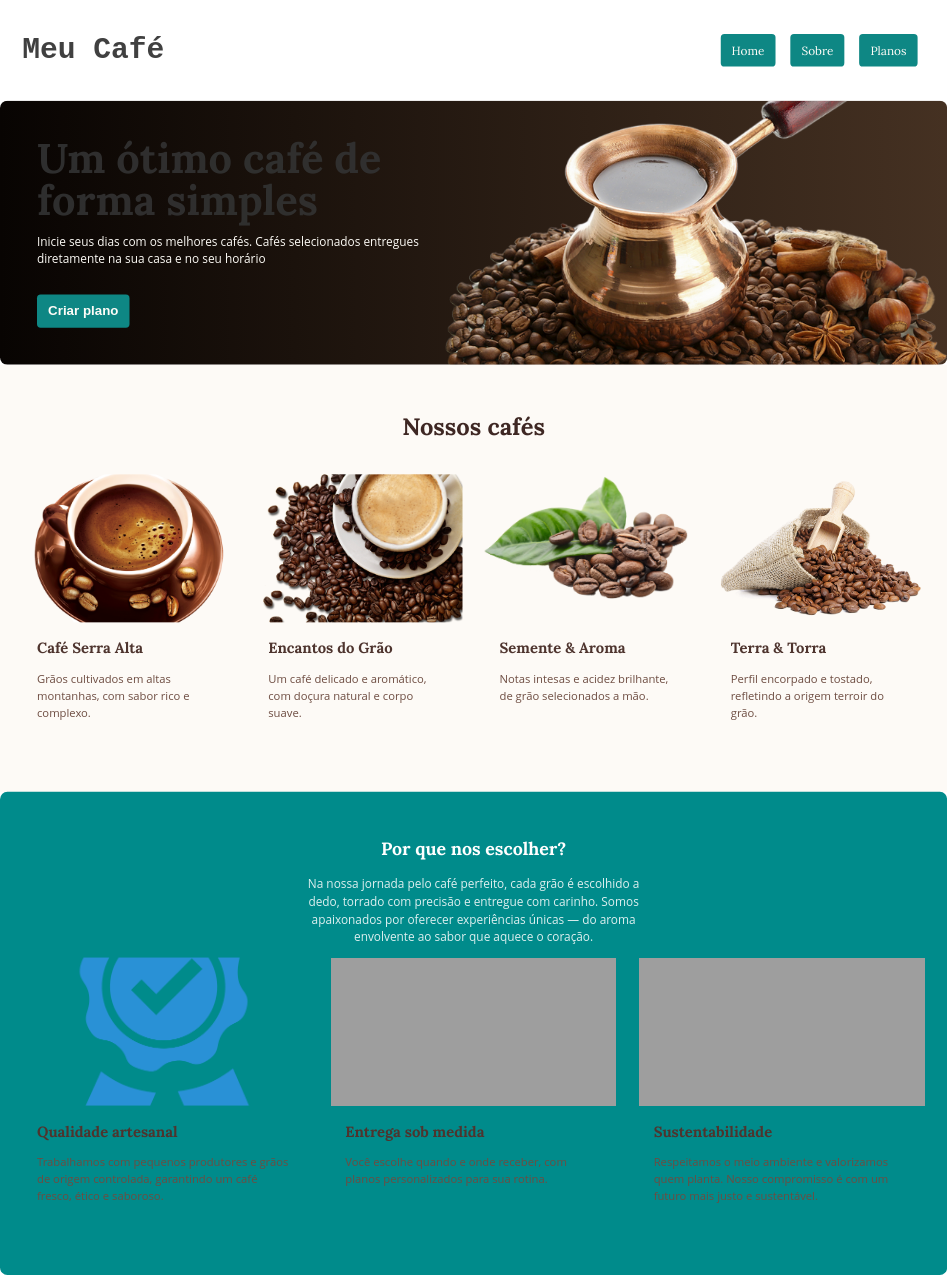
Repository: meiotera/meu_cafe.dev
Page: /
An editor plug-in stored every save of this project. The page is shown before and after the next save, followed by the edit.
The browser window is 1280 px wide. The pictures show the whole page, at 74% of full size.
Pictures or frames that could not be fetched are drawn as grey boxes. The project was rebuilt for these pictures with package versions that can differ from the ones it lists, and the page was loaded fresh each time. Also part of the build but not shown: vite.config.js, src/Pages/AboutUs.jsx, src/Pages/YourPlane.jsx.

Above is the page before, as saved 2025-04-03 15:03:39.

### src/index.css
@import url('https://fonts.googleapis.com/css2?family=Lora:wght@400;700&display=swap');

:root {
  font-family: 'Lora', sans-serif;
  line-height: 1.5;
  font-weight: 400;
  box-sizing: border-box; /* Mantido */

  color: rgba(255, 255, 255, 0.87);

  font-synthesis: none;
  text-rendering: optimizeLegibility;
  -webkit-font-smoothing: antialiased;
  -moz-osx-font-smoothing: grayscale;
}

a {
  font-weight: 500;
  color: #646cff;
  text-decoration: inherit;
}
a:hover {
  color: #535bf2;
}

h1,
h2,
h3 {
  font-family: 'Lora', sans-serif;
  color: rgba(50, 49, 49, 0.93);
  margin: 0; /* Removido o margin */
}

p {
  font-family: 'Open Sans', sans-serif;
}

body {
  max-width: 1280px;
  margin: 0 auto;
}

### src/App.jsx
import React from 'react';
import { BrowserRouter, Routes, Route } from 'react-router-dom';

import Home from './Pages/Home';
import AboutUs from './Pages/AboutUs';
import YourPlane from './Pages/YourPlane';

import Header from './components/Header/Header';
import Main from './components/Main/Main';

function App() {
  return (
    <>
      <BrowserRouter>
        <Header />

        <Main>
          <Routes>
            <Route path="/" element={<Home />} />
            <Route path="/sobre" element={<AboutUs />} />
            <Route path="planos" element={<YourPlane />} />
          </Routes>
        </Main>
      </BrowserRouter>
    </>
  );
}

export default App;

### src/Pages/Home.jsx
import React from 'react';
import Banner from '../components/Banner/Banner';

import styles from './Home.module.css';
import Card from '../components/Card/Card';

const Home = () => {
  return (
    <>
      <Banner
        titulo={'Um ótimo café de forma simples'}
        imagem={'artesanal'}
        texto={
          'Inicie seus dias com os melhores cafés. Cafés selecionados entregues diretamente na sua casa e no seu horário'
        }
        botao={'Criar plano'}
      />

      <section className={styles.collection}>
        <div className={styles.titulo}>
          <h2>Nossos cafés</h2>
        </div>

        <div className={styles.collectionCards}>
          <Card
            titulo={'Café Serra Alta'}
            paragrafo={
              'Grãos cultivados em altas montanhas, com sabor rico e complexo.'
            }
            imagem={'serraalta'}
          />

          <Card
            titulo={'Encantos do Grão'}
            paragrafo={
              'Um café delicado e aromático, com doçura natural e corpo suave.'
            }
            imagem={'encantos'}
          />

          <Card
            titulo={'Semente & Aroma'}
            paragrafo={
              'Notas intesas e acidez brilhante, de grão selecionados a mão.'
            }
            imagem={'sementeearoma'}
          />

          <Card
            titulo={'Terra & Torra'}
            paragrafo={
              ' Perfil encorpado e tostado, refletindo a origem terroir do grão.'
            }
            imagem={'terraetorra'}
          />
        </div>
      </section>

      <section className={styles.porque}>
        <div className={styles.descricao}>
          <h2>Por que nos escolher?</h2>

          <p>
            Na nossa jornada pelo café perfeito, cada grão é escolhido a dedo,
            torrado com precisão e entregue com carinho. Somos apaixonados por
            oferecer experiências únicas — do aroma envolvente ao sabor que
            aquece o coração.
          </p>
        </div>
        <div className={styles.collectionCards}>
          <Card
            titulo={'Qualidade artesanal'}
            paragrafo={
              'Trabalhamos com pequenos produtores e grãos de origem controlada, garantindo um café fresco, ético e saboroso.'
            }
            imagem={'quality'}
          />

          <Card
            titulo={'Entrega sob medida'}
            paragrafo={
              'Você escolhe quando e onde receber, com planos personalizados para sua rotina.'
            }
            imagem={'delivery'}
          />

          <Card
            titulo={'Sustentabilidade'}
            paragrafo={
              'Respeitamos o meio ambiente e valorizamos quem planta. Nosso compromisso é com um futuro mais justo e sustentável.'
            }
            imagem={'natur'}
          />
        </div>
      </section>
    </>
  );
};

export default Home;

### src/components/Header/Header.jsx
import React from 'react';

import styles from './Header.module.css';
import NavBar from '../NavBar/NavBar';
import Banner from '../Banner/Banner';

const Header = () => {
  return (
    <header className={styles.header}>
      <h1 className={styles.titulo}>Meu Café</h1>

      <NavBar />
    </header>
  );
};

export default Header;

### src/components/Main/Main.jsx
import React from 'react';

const Main = ({ children }) => {
  return <main>{children}</main>;
};

export default Main;

### src/components/Banner/Banner.jsx
import React from 'react';

import styles from './Banner.module.css';

const Banner = ({ titulo, texto, botao }) => {
  return (
    <div className={styles.banner}>
      <div className={styles.containerText}>
        <h2>{titulo}</h2>

        <p>{texto}</p>
        {botao && <button className={styles.button}>{botao}</button>}
      </div>
    </div>
  );
};

export default Banner;

### src/Pages/Home.module.css
.collection,
.porque {
  padding: 60px 30px;
  background-color: #fdfaf6;
}

.porque {
  background-color: darkcyan;
  border-radius: 10px;
}

.porque .descricao h2 {
  color: #fff;
}

.descricao {
  text-align: center;
  max-width: 450px;
  margin: 0 auto;
}

.titulo h2 {
  font-size: 2rem;
  text-align: center;
  margin-bottom: 40px;
  color: #3e2723;
}

.collectionCards {
  display: grid;
  grid-template-columns: repeat(auto-fit, minmax(200px, 1fr));
  gap: 30px;
  justify-items: center;
}

.cafeCard {
  background: #fff;
  border-radius: 16px;
  box-shadow: 0 8px 16px rgba(0, 0, 0, 0.08);
  overflow: hidden;
  max-width: 320px;
  transition: transform 0.3s ease, box-shadow 0.3s ease;
}

.cafeCard:hover {
  transform: translateY(-5px);
  box-shadow: 0 12px 24px rgba(0, 0, 0, 0.15);
}

.imgContainer {
  width: 100%;
  height: 200px;
}

.imgContainer img {
  width: 100%;
  height: 100%;
  object-fit: cover;
}

.texto {
  padding: 20px;
}

.texto h3 {
  font-size: 1.25rem;
  margin-bottom: 10px;
  color: #4e342e;
}

.texto p {
  font-size: 0.95rem;
  color: #6d4c41;
}

.cardGreen {
  background-color: darkcyan;
}

### src/components/Card/Card.jsx
import React from 'react';
import styles from './Card.module.css';
import clsx from 'clsx';

const Card = ({ titulo, paragrafo, imagem, className }) => {
  return (
    <div className={clsx(styles.card, className)}>
      <div className={styles.imgContainer}>
        <img src={`../../img/${imagem}.png`} alt={`${imagem}`} srcset="" />
      </div>
      <div className={styles.texto}>
        <h3>{titulo}</h3>
        <p>{paragrafo}</p>
      </div>
    </div>
  );
};

export default Card;

### src/components/Header/Header.module.css
.header {
  height: max-content;
  color: rgba(50, 49, 49, 0.93);

  padding: 30px;
  display: flex;
  flex-wrap: wrap;
  justify-content: center;
  align-items: center;
}

.titulo {
  font-size: 2.5em;
  font-family: 'Courier New', Courier, monospace;
  font-weight: bold;
}

@media screen and (min-width: 548px) {
  .header {
    justify-content: space-between;
  }
}

### src/components/NavBar/NavBar.jsx
import React from 'react';
import { NavLink } from 'react-router-dom';

import styles from './NavBar.module.css';

const NavBar = () => {
  return (
    <nav className={styles.navbar}>
      <ul>
        <li>
          <NavLink to={'/'}>Home</NavLink>
        </li>
        <li>
          <NavLink to={'/sobre'}>Sobre</NavLink>
        </li>
        <li>
          <NavLink to={'/planos'}> Planos</NavLink>
        </li>
      </ul>
    </nav>
  );
};
export default NavBar;

### src/components/Banner/Banner.module.css
.banner {
  background-image: url('../../../public/img/artesanal.png'),
    linear-gradient(to left, #453122, #080402);

  background-repeat: no-repeat;
  background-position: right;
  display: flex;

  justify-content: space-between;
  align-items: center;
  padding: 30px 50px;
  border-radius: 10px;
}

.containerText {
  color: #fefcf7;
  max-width: 50%;
  padding: 20px 0;
}

.containerText h2 {
  font-size: 3.5em;
  line-height: 1;
}

.button {
  border: none;
  background-color: #0e8784;
  border-radius: 5px;
  padding: 12px 15px;
  color: #fefcf7;
  font-weight: bold;
  font-size: 18px;
  cursor: pointer;
  margin-top: 20px;
  transition: ease-in-out 0.2s;
}

.button:hover {
  background-color: #189b99;
}

@media screen and (max-width: 820px) {
  .containerText {
    max-width: 500px;
  }
}

### src/components/Card/Card.module.css
.cafeCard {
  background: #fff;
  border-radius: 16px;
  box-shadow: 0 8px 16px rgba(0, 0, 0, 0.08);
  overflow: hidden;
  max-width: 320px;
  transition: transform 0.3s ease, box-shadow 0.3s ease;
}

.cafeCard:hover {
  transform: translateY(-5px);
  box-shadow: 0 12px 24px rgba(0, 0, 0, 0.15);
}

.imgContainer {
  width: 100%;
  height: 200px;
}

.imgContainer img {
  width: 100%;
  height: 100%;
  object-fit: cover;
}

.texto {
  padding: 20px;
}

.texto h3 {
  font-size: 1.25rem;
  margin-bottom: 10px;
  color: #4e342e;
}

.texto p {
  font-size: 0.95rem;
  color: #6d4c41;
}

### src/components/NavBar/NavBar.module.css
.navbar ul {
  display: flex;
  padding: 0;
  justify-content: space-between;
}

.navbar li {
  list-style: none;
  margin: 10px;
}

.navbar a {
  padding: 12px 15px;
  background-color: #0e8784;
  border-radius: 5px;
  color: #fefcf7;
}

.navbar a:hover {
  background-color: #189b99;
}

Loaded but not shown: index.html (common file); src/main.jsx (common file)

After the next save:
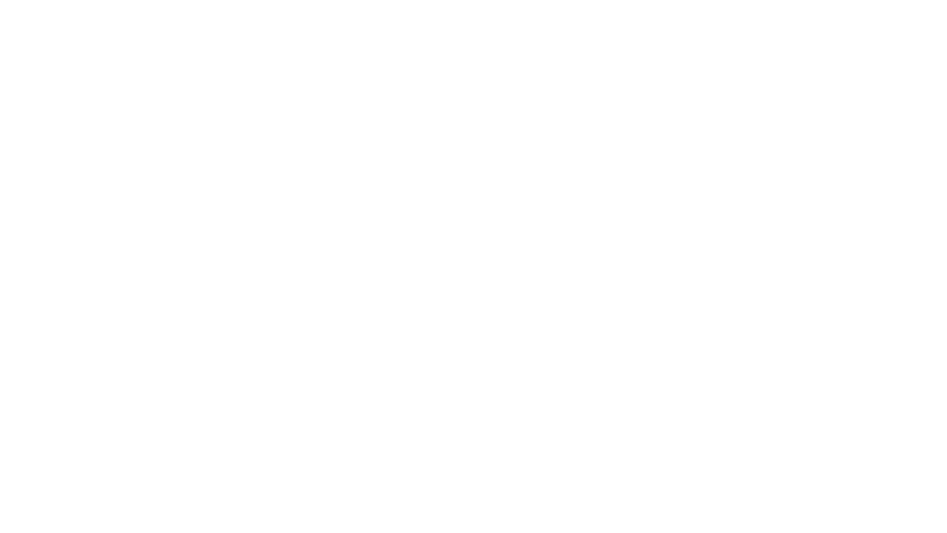
Console error: ReferenceError: cardGreen is not defined
Saved 19 s later.
--- a/src/Pages/Home.jsx
+++ b/src/Pages/Home.jsx
@@ -90,6 +90,7 @@
               'Respeitamos o meio ambiente e valorizamos quem planta. Nosso compromisso é com um futuro mais justo e sustentável.'
             }
             imagem={'natur'}
+            className={cardGreen}
           />
         </div>
       </section>

After the save that followed:
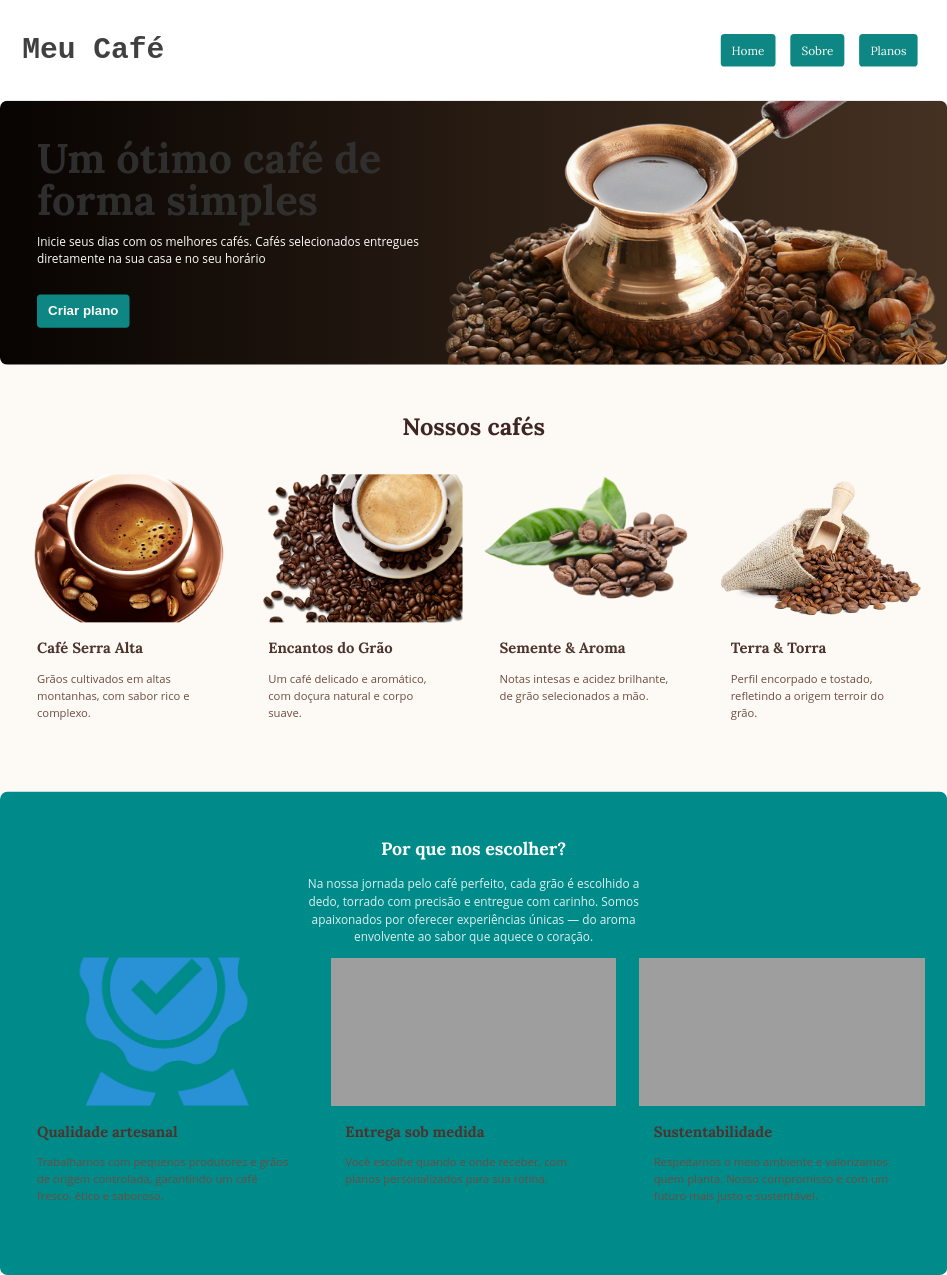
The error is gone.
Saved 15 s later.
--- a/src/Pages/Home.jsx
+++ b/src/Pages/Home.jsx
@@ -90,7 +90,7 @@
               'Respeitamos o meio ambiente e valorizamos quem planta. Nosso compromisso é com um futuro mais justo e sustentável.'
             }
             imagem={'natur'}
-            className={cardGreen}
+            className={styles.cardGreen}
           />
         </div>
       </section>
